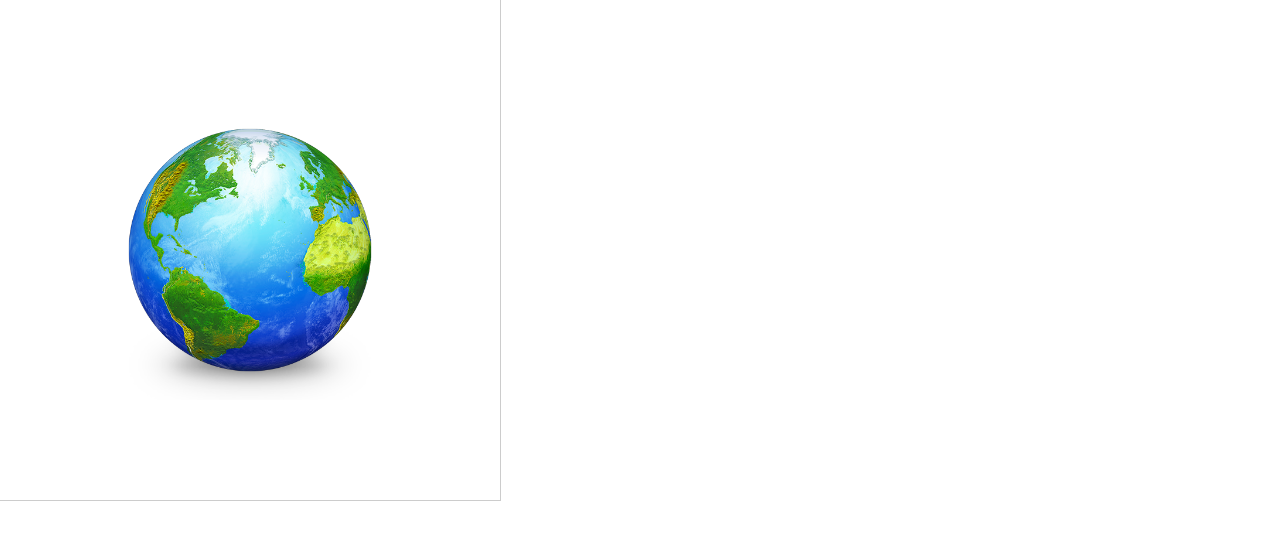
Repository: ivankovaa/HelloWorld
Page: orbita/index.html
The author's editor kept a record of every edit. The page is drawn from the files as they stood at one moment, then again after the next edit.
The browser window is 1280 px wide. The pictures show the whole page.

Above is the page before.

### orbita/index.html
<!DOCTYPE html>
<html lang="ru">
  <head>
    <meta charset="UTF-8">
    <link rel="stylesheet" href="style.css">
    <title>Орбита луны на CSS3</title>
  </head>
  <body>
    <img src="images/earth.png" alt "Земля" class="earth">
    <img src="images/moon2.png" alt "Луна" class="moon">
  </body>
</html>

### orbita/style.css
/*Copyright www.Master-CSS.com*/.my-logo{position:fixed;bottom:0;left:0;margin:0;padding:0;}.my-logo__pic{border:0;vertical-align:middle;}/*end copyright*/

body{
  margin: 0;
  padding: 0;
  font: 1em sans-serif;
}

.earth{
  width: 300px;
  padding: 100px;
  outline: 1px solid #ccc;
  position: relative;
  z-index: 1;
}

.moon{
  position: absolute;
  top: 170px;
  left: 170px;
  -webkit-animation: linear 5s orbita infinite;
  animation: linear 5s orbita infinite;
  z-index: 0;
}

@-webkit-keyframes orbita{
  0%{width: 72px}
  24%{z-index: 0;}
  25%{left: 400px; top: 130px; z-index: 2;}
  50%{width: 128px}
  74%{z-index: 2;}
  75%{top: 300px; left: 0; z-index: 0;}
  100%{width: 72px; transform: rotate(360deg);}
}

@keyframes orbita{
  0%{width: 72px}
  24%{z-index: 0;}
  25%{left: 400px; top: 130px; z-index: 2;}
  50%{width: 128px}
  74%{z-index: 2;}
  75%{top: 300px; left: 0; z-index: 0;}
  100%{width: 72px; transform: rotate(360deg);}
}

After the next edit:
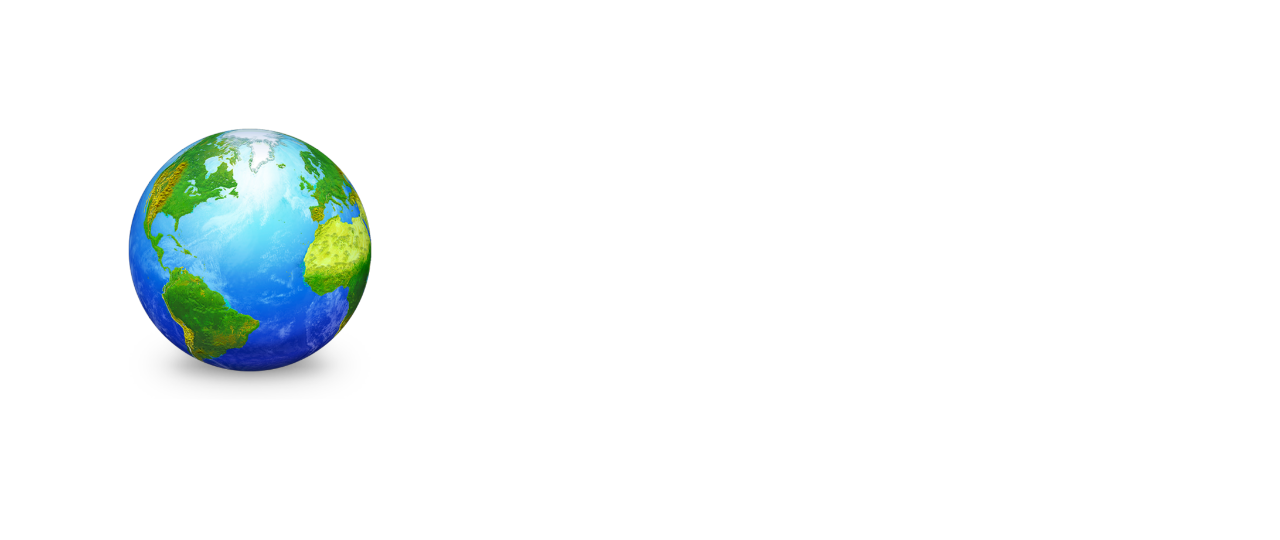
The edit:
--- a/orbita/style.css
+++ b/orbita/style.css
@@ -6,10 +6,17 @@
   font: 1em sans-serif;
 }
 
+.body{
+  margin: 0;
+  padding: 0;
+  font: 1em sans-serif;
+  background: url(images/cosmos.jpg);
+  background-size: cover;
+}
+
 .earth{
   width: 300px;
   padding: 100px;
-  outline: 1px solid #ccc;
   position: relative;
   z-index: 1;
 }
